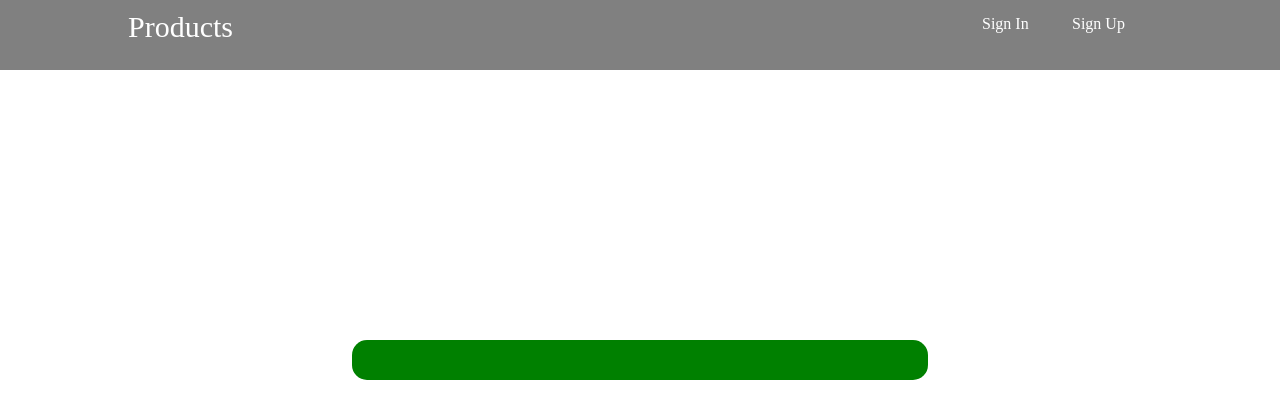
Repository: Ahmed123rezk123/App_Js
Page: cart.html
An editor plug-in stored every save of this project. The page is shown before and after the next save, followed by the edit.
The browser window is 1280 px wide. The pictures show the whole page.

Above is the page before, as saved 2024-04-03 15:11:04.

After the next save:
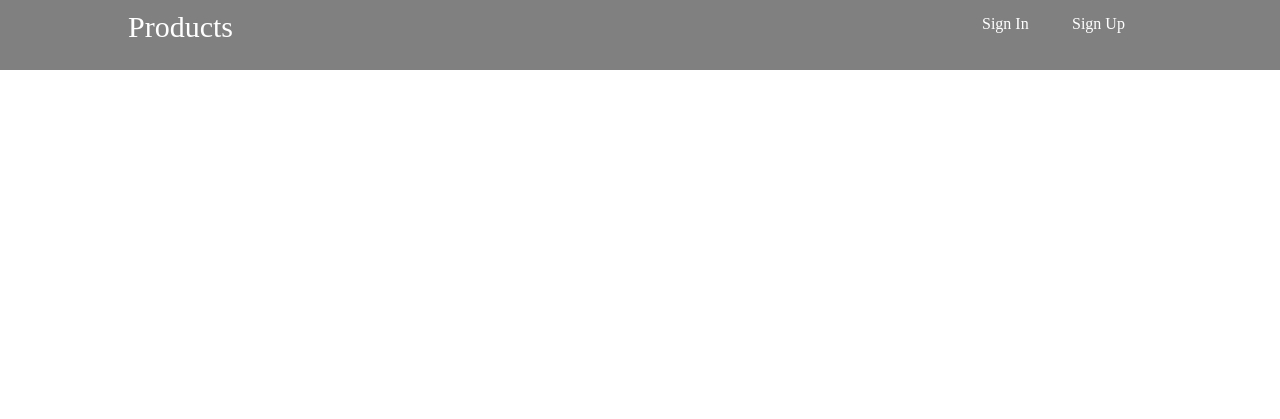
Saved 12 s later.
--- a/cart.html
+++ b/cart.html
@@ -24,9 +24,9 @@
         </div>
       </div>
     </header>
-        <section class="section-form">
+        <!-- <section class="section-form">
 
-        </section>
+        </section> -->
 
         <script src="js/cart.js"></script>
   </body>
